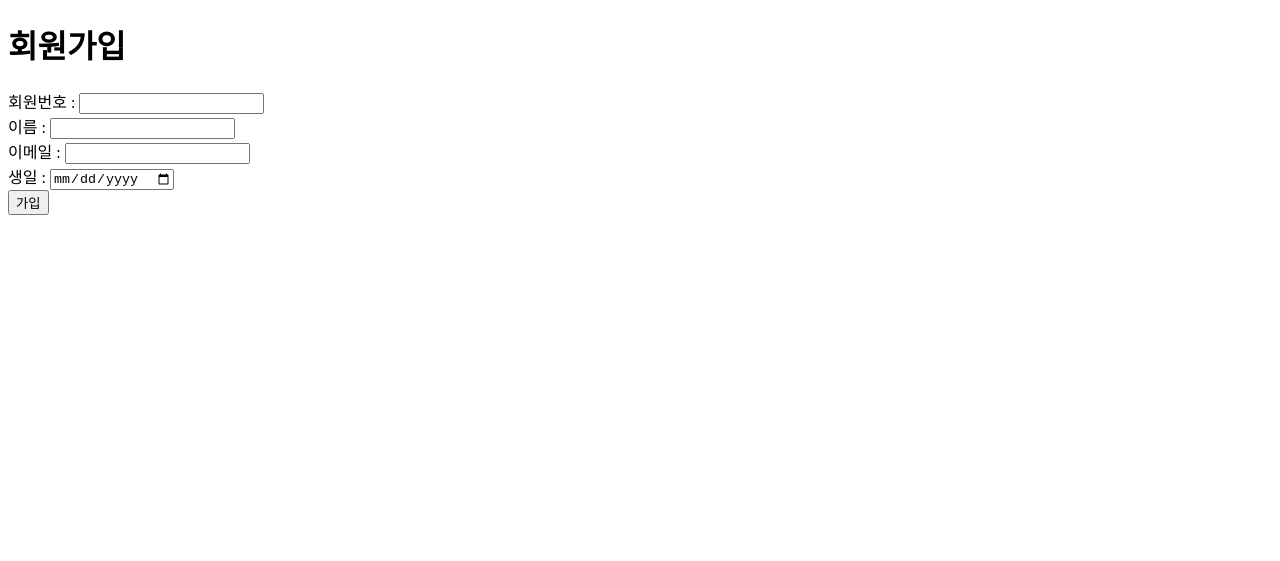
Repository: chanakoh/servlet
Page: http://localhost/Join/register.jsp
These files come from the project's save history. The page is drawn as it stood at one moment and after the next save; the edit follows.
The browser window is 1280 px wide. The pictures show the whole page.
The page is served by Tomcat 9. Other server files are loaded and not shown.

Above is the page before, as saved 2023-11-07 02:21:38.

### Join/src/main/webapp/register.jsp
<%@ page language="java" contentType="text/html; charset=EUC-KR"
    pageEncoding="EUC-KR"%>
<!DOCTYPE html>
<html>
<head>
<meta charset="EUC-KR">
<link rel="stylesheet" type="text/css" href="styles.css">
<title>Insert title here</title>
</head>
<body>
<h1>회원가입</h1>
<form action="RegisterServlet" method="post">
	<label for="mno">회원번호 :</label>
	<input type = "text" id="mno" name="mno" required><br>
	<label for="mname">이름 :</label>
	<input type = "text" id="mname" name="mname" required><br>
	<label for="memail">이메일 :</label>
	<input type = "email" id="memail" name="memail" required><br>
	<label for="mbirth">생일 :</label>
	<input type = "date" id="mbirth" name="mbirth" required><br>
	<input type = "submit" value="가입">
</form>
</body>
</html>

### Join/src/main/webapp/styles.css
@charset "EUC-KR";
styles.css
h1{
	background-color:#333;
	color:#fff;
	padding :10px;
	text-align : center;
}

After the next save:
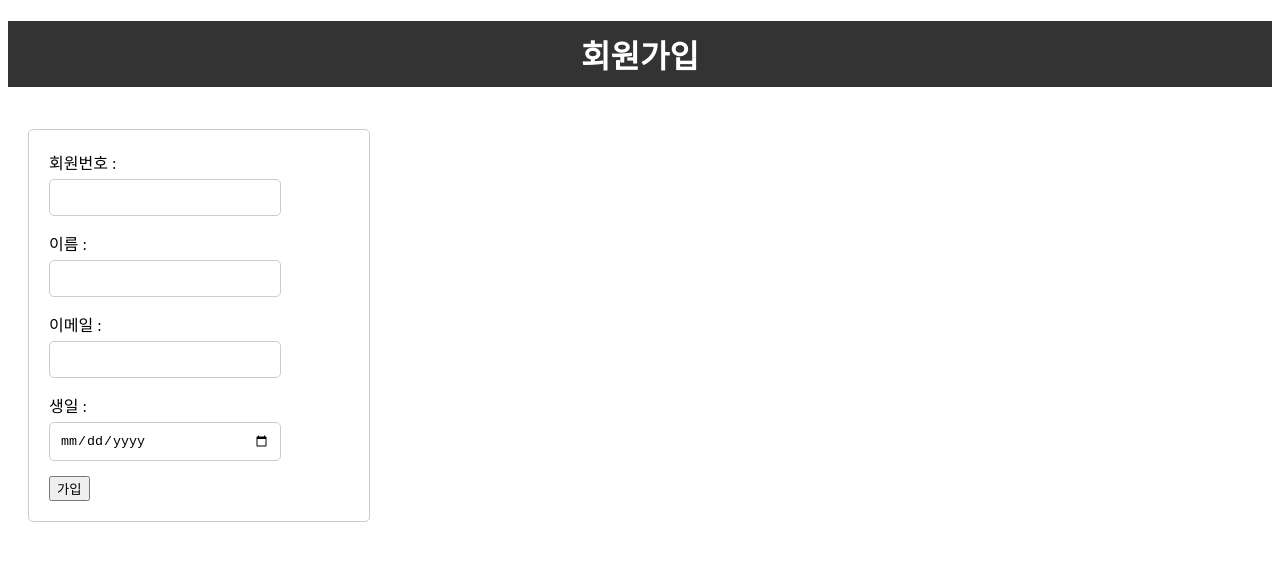
Saved 8 min 9 s later.
--- a/Join/src/main/webapp/styles.css
+++ b/Join/src/main/webapp/styles.css
@@ -1,8 +1,73 @@
 @charset "EUC-KR";
 styles.css
-h1{
-	background-color:#333;
-	color:#fff;
-	padding :10px;
-	text-align : center;
+/* 전체 페이지 스타일 */
+body {
+    font-family: Arial, sans-serif;
+    background-color: #f2f2f2;
+    margin: 0;
+    padding: 0;
+     text-align: center;
 }
+
+h1 {
+    background-color: #333;
+    color: #fff;
+    padding: 10px;
+    text-align: center;
+}
+
+/* 폼 스타일 */
+form {
+    background-color: #fff;
+    border: 1px solid #ccc;
+    border-radius: 5px;
+    padding: 20px;
+    margin: 20px;
+    width: 300px;
+    display: inline-block;
+}
+
+/* 레이블 스타일 */
+label {
+    display: block;
+    margin-bottom: 5px;
+}
+
+/* 입력 필드 스타일 */
+input[type="text"],
+input[type="email"],
+input[type="date"] {
+    width: 70%;
+    padding: 10px;
+    margin-bottom: 15px;
+    border: 1px solid #ccc;
+    border-radius: 5px;
+}
+
+/* 버튼
+
+
+
+table {
+    width: 80%;
+    margin: 20px auto;
+    border-collapse: collapse;
+    background-color: #fff;
+}
+
+table, th, td {
+    border: 1px solid #ccc;
+}
+
+th, td {
+    padding: 10px;
+    text-align: left;
+}
+
+tr:nth-child(even) {
+    background-color: #f2f2f2;
+}
+
+tr:hover {
+    background-color: #e0e0e0;
+}
